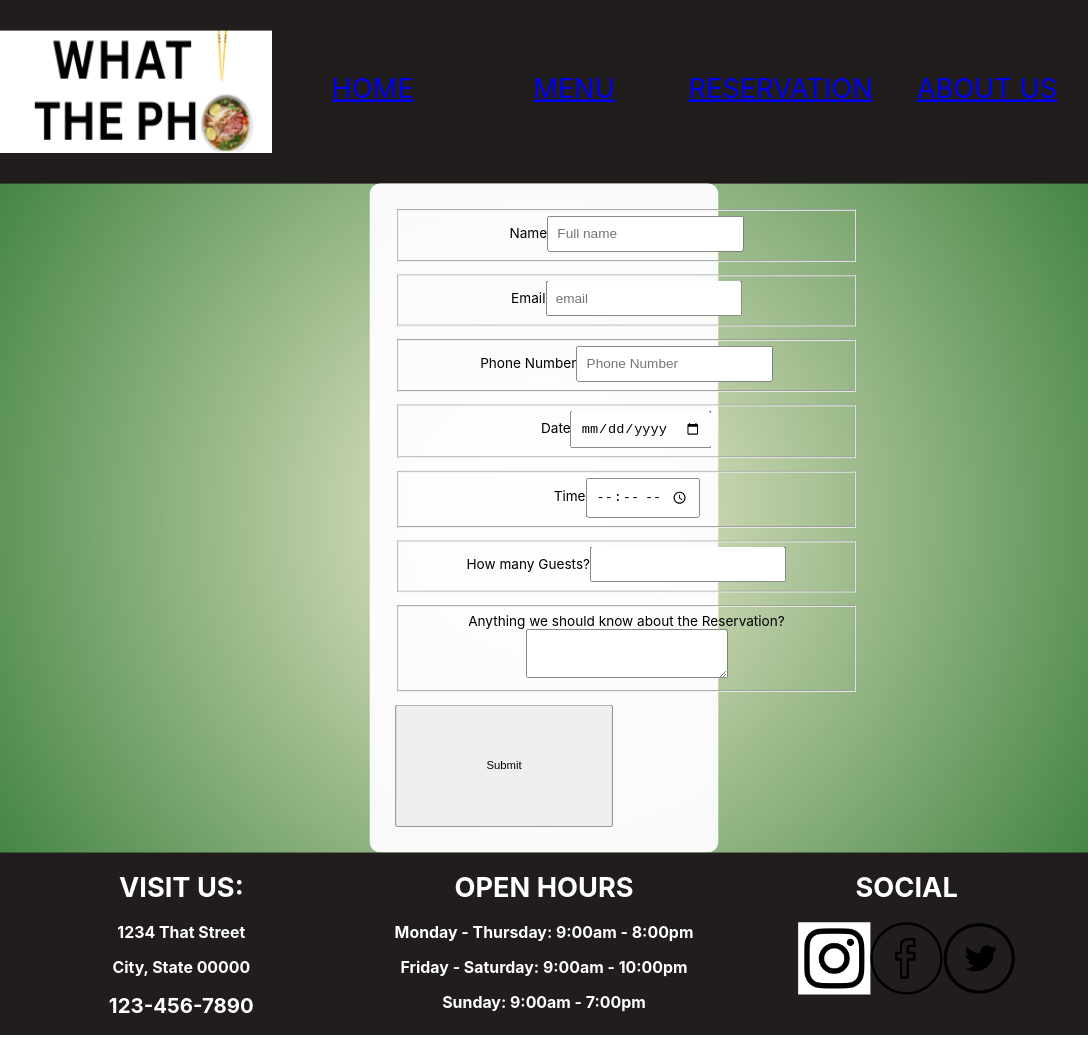
Repository: NguyenkhDang/Restaurant-Website
Page: /reservation
The author's editor kept a copy of each file at every save. The page is drawn from the files as they stood at one save, then again after the next save.
The browser window is 1280 px wide. The pictures show the whole page, at 85% of full size.
The project was rebuilt for these pictures with package versions that can differ from the ones it lists, and the page was loaded fresh each time. Also part of the build but not shown: src/CSS/Readmore.css, src/Readmore.js, src/CSS/SectionContainer.css, src/SectionContainer.js, src/CSS/Home.css, src/Pages/HomePage.js, src/Pages/MenuPage.js, src/Pages/AboutUsPage.js and 1 more.

Above is the page before, as saved 2026-01-18 14:57:03.

After the next save:
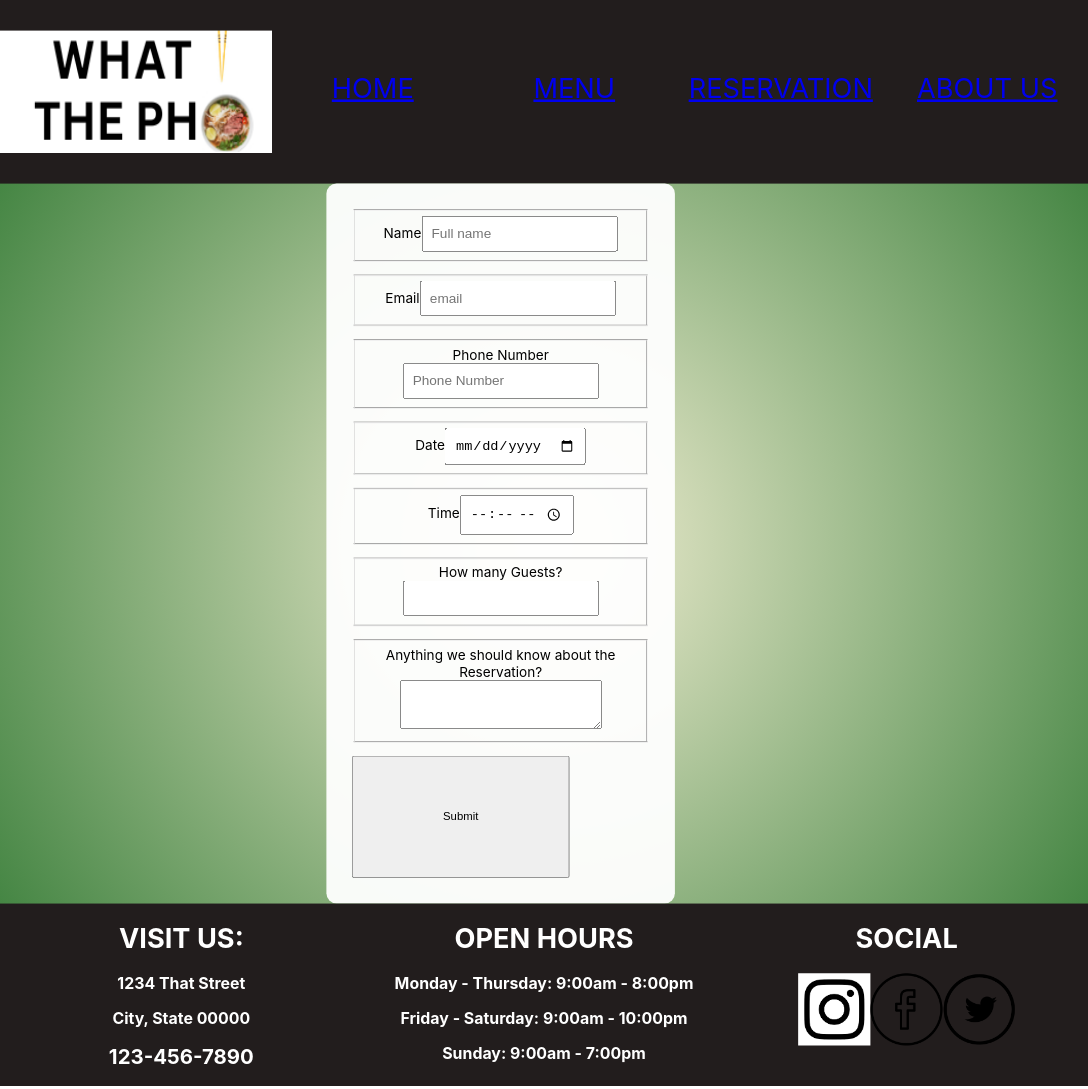
Saved 36 s later.
--- a/src/CSS/ReservationForm.css
+++ b/src/CSS/ReservationForm.css
@@ -1,4 +1,9 @@
-.form{
+.reservationForm{
+  width: 40vw;
+}
+
+
+form{
   display: grid;
   grid-template-rows: repeat(8, 1fr);
   color: black;
@@ -17,9 +22,7 @@ button{
   flex-direction: column;
   gap: 15px;
 }
-.form fieldset{
-  width: 40vw;
-}
+
 .form input,
 .form select,
 .form textarea {
